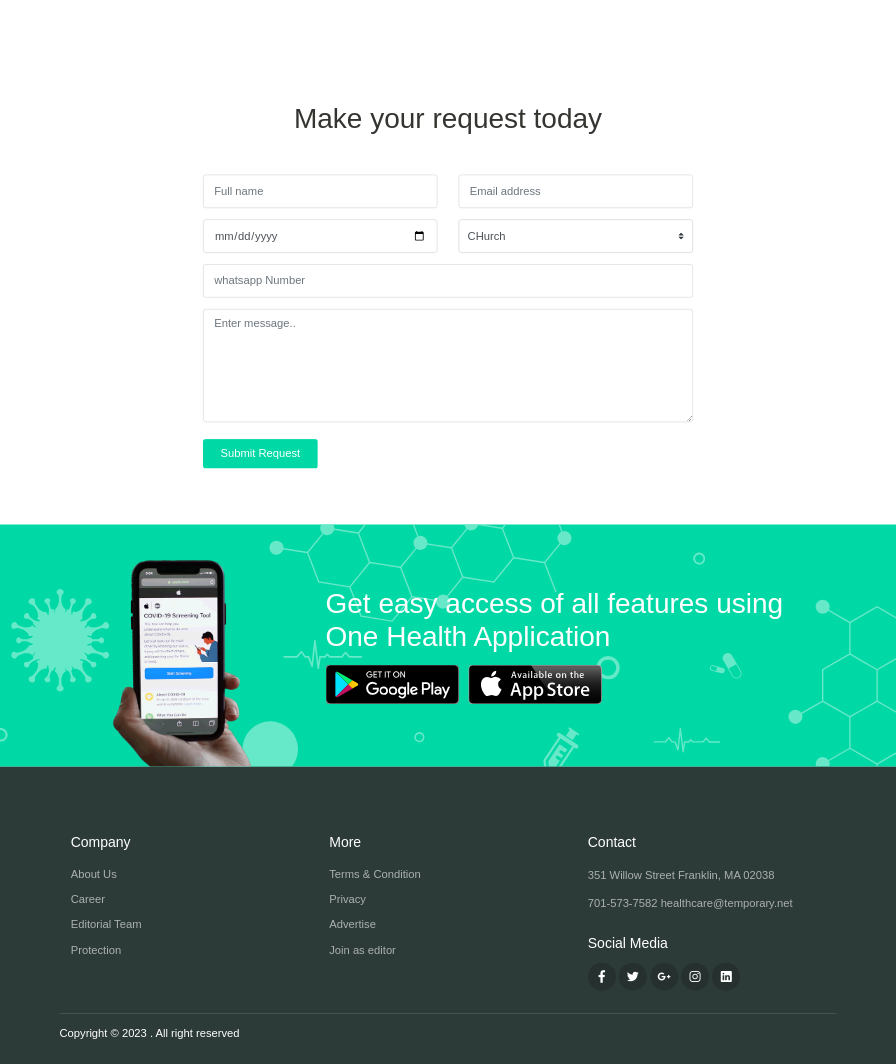
Repository: profbkmurage/myWeb
Page: html/index.html
These files come from the project's save history. The page is drawn as it stood at one moment and after the next save; the edit follows.
The browser window is 1280 px wide. The pictures show the part of the page from y = 2046 to 3966 px (the page is 3566 px tall before and 3966 px after), at 70% of full size.

Above is the page before, as saved 2023-12-11 13:34:35.

### html/index.html
<!DOCTYPE html>
<html lang="en">
<head>
  <meta charset="UTF-8">
  <meta name="viewport" content="width=device-width, initial-scale=1.0">

  <meta http-equiv="X-UA-Compatible" content="ie=edge">

  <title>M&M Website</title>

  <link rel="stylesheet" href="../assets/css/maicons.css">

  <link rel="stylesheet" href="../assets/css/bootstrap.css">

  <link rel="stylesheet" href="../assets/vendor/owl-carousel/css/owl.carousel.css">

  <link rel="stylesheet" href="../assets/vendor/animate/animate.css">

  <link rel="stylesheet" href="../assets/css/theme.css">
</head>
<body>

  <!-- Back to top button -->
  <div class="back-to-top"></div>

  <header>
    <div class="topbar">
      <div class="container">
        <div class="row">
          <div class="col-sm-8 text-sm">
            <div class="site-info">
              <a href="tel:0745755893" ><span class="mai-call text-primary"></span> +254745755893</a>
              <span class="divider">|</span>
              <a href="#"><span class="mai-mail text-primary"></span> pnjoroge@gmail.com</a>
            </div>
          </div>
          <div class="col-sm-4 text-right text-sm">
            <div class="social-mini-button">
              <a href="#"><span class="mai-logo-facebook-f"></span></a>
              <a href="#"><span class="mai-logo-twitter"></span></a>
              <a href="#"><span class="mai-logo-dribbble"></span></a>
              <a href="#"><span class="mai-logo-instagram"></span></a>
            </div>
          </div>
        </div> <!-- .row -->
      </div> <!-- .container -->
    </div> <!-- .topbar -->

    <nav class="navbar navbar-expand-lg navbar-light shadow-sm">
      <div class="container">
        <a class="navbar-brand" href="#"><span class="text-primary">P And</span> Associates Media</a>

        <!-- <form action="#">
          <div class="input-group input-navbar">
            <div class="input-group-prepend">
              <span class="input-group-text" id="icon-addon1"><span class="mai-search"></span></span>
            </div>
            <input type="text" class="form-control" placeholder="Enter keyword.." aria-label="Username" aria-describedby="icon-addon1">
          </div>
        </form> -->

        <button class="navbar-toggler" type="button" data-toggle="collapse" data-target="#navbarSupport" aria-controls="navbarSupport" aria-expanded="false" aria-label="Toggle navigation">
          <span class="navbar-toggler-icon"></span>
        </button>

        <div class="collapse navbar-collapse" id="navbarSupport">
          <ul class="navbar-nav ml-auto">
            <li class="nav-item active">
              <a class="nav-link" href="index.html">Home</a>
            </li>
            <li class="nav-item">
              <a class="nav-link" href="about.html">About Us</a>
            </li>
            <li class="nav-item">
              <a class="nav-link" href="work.html">Our work</a>
            </li>
            <li class="nav-item">
              <a class="nav-link" href="blog.html">News</a>
            </li>
            <li class="nav-item">
              <a class="nav-link" href="contact.html">Contact</a>
            </li>
            <!-- <li class="nav-item">
              <a class="btn btn-primary ml-lg-3" href="#">Login / Register</a>
            </li> -->
          </ul>
        </div> <!-- .navbar-collapse -->
      </div> <!-- .container -->
    </nav>
  </header>

  <div class="page-hero bg-image overlay-dark" style="background-image: url(../assets/img/landing.jpg);">
    <div class="hero-section">
      <div class="container text-center wow zoomIn">
        <span class="subhead">Let's make your life colorful and simpler</span>
        <h1 class="display-4">Get your Design today</h1>
        <a href="./work.html" class="btn btn-primary">See our work</a>
      </div>
    </div>
  </div>


  <div class="bg-light">
    <div class="page-section py-3 mt-md-n5 custom-index">
      <div class="container">
        <div class="row justify-content-center">
          <div class="col-md-4 py-3 py-md-0">
            <div class="card-service wow fadeInUp">
              <div class="circle-shape bg-secondary text-white">
                <span class="mai-chatbubbles-outline"></span>
              </div>
              <p><span>Chat</span> with a designers</p>
            </div>
          </div>
          <div class="col-md-4 py-3 py-md-0">
            <div class="card-service wow fadeInUp">
              <div class="circle-shape bg-primary text-white">
                <span class="mai-shield-checkmark"></span>
              </div>
              <p><span>Make</span>-your orders now</p>
            </div>
          </div>
          <div class="col-md-4 py-3 py-md-0">
            <div class="card-service wow fadeInUp">
              <div class="circle-shape bg-accent text-white">
                <span class="mai-basket"></span>
              </div>
              <p><span>you ask</span>-we deliver</p>
            </div>
          </div>
        </div>
      </div>
    </div> <!-- .page-section -->

    <div class="page-section pb-0">
      <div class="container">
        <div class="row align-items-center">
          <div class="col-lg-6 py-3 wow fadeInUp">
            <h1>Welcome to Your graphics <br> Center</h1>
            <p class="text-grey mb-4">Here we are commited to bridge your graphics deficts for you as an individual, small companies, organizations and even big companies and business groups. you make your order and request we have a competent and great team of engineers to do the heavy lifting for you</p>
            <a href="about.html" class="btn btn-primary">Learn More</a>
          </div>
          <div class="col-lg-6 wow fadeInRight" data-wow-delay="400ms">
            <div class="img-place custom-img-1">
              <img class="h-50 w-100" src="../assets/img/frontend.jpg" alt="">
            </div>
          </div>
        </div>
      </div>
    </div> <!-- .bg-light -->
  </div> <!-- .bg-light -->

  <div class="page-section">
    <div class="container">
      <h1 class="text-center mb-5 wow fadeInUp">Our Designers</h1>

      <div class="owl-carousel wow fadeInUp" id="doctorSlideshow">
        <div class="item">
          <div class="card-doctor">
            <div class="header">
              <img src="../assets/img/Joseph.jpg" alt="">
              <div class="meta">
                <a href="#"><span class="mai-call"></span></a>
                <a href="#"><span class="mai-logo-whatsapp"></span></a>
              </div>
            </div>
            <div class="body">
              <p class="text-xl mb-0">Eng. Joseph Gatimu</p>
              <span class="text-sm text-grey">MATLAB and CSS specialist</span>
            </div>
          </div>
        </div>
        <div class="item">
          <div class="card-doctor">
            <div class="header">
              <img src="../assets/img/peter.jpg" alt="">
              <div class="meta">
                <a href="#"><span class="mai-call"></span></a>
                <a href="#"><span class="mai-logo-whatsapp"></span></a>
              </div>
            </div>
            <div class="body">
              <p class="text-xl mb-0">Peter Njoroge</p>
              <span class="text-sm text-grey">Graphics Designer</span>
            </div>
          </div>
        </div>
        <div class="item">
          <div class="card-doctor">
            <div class="header">
              <img src="../assets/img/IMG-20211219-WA0004.jpg" alt="">
              <div class="meta">
                <a href="#"><span class="mai-call"></span></a>
                <a href="#"><span class="mai-logo-whatsapp"></span></a>
              </div>
            </div>
            <div class="body">
              <p class="text-xl mb-0">Prof BKMurage</p>
              <span class="text-sm text-grey">Web Designer and Developer</span>
            </div>
          </div>
        </div>
        <div class="item">
          <div class="card-doctor">
            <div class="header">
              <img src="../assets/img/doctors/doctor_3.jpg" alt="">
              <div class="meta">
                <a href="#"><span class="mai-call"></span></a>
                <a href="#"><span class="mai-logo-whatsapp"></span></a>
              </div>
            </div>
            <div class="body">
              <p class="text-xl mb-0">Dr. Rebecca Steffany</p>
              <span class="text-sm text-grey">General Health</span>
            </div>
          </div>
        </div>
        <div class="item">
          <div class="card-doctor">
            <div class="header">
              <img src="../assets/img/doctors/doctor_3.jpg" alt="">
              <div class="meta">
                <a href="#"><span class="mai-call"></span></a>
                <a href="#"><span class="mai-logo-whatsapp"></span></a>
              </div>
            </div>
            <div class="body">
              <p class="text-xl mb-0">Dr. Rebecca Steffany</p>
              <span class="text-sm text-grey">General Health</span>
            </div>
          </div>
        </div>
      </div>
    </div>
  </div>

  <!-- <div class="page-section bg-light">
    <div class="container">
      <h1 class="text-center wow fadeInUp">Latest News</h1>
      <div class="row mt-5">
        <div class="col-lg-4 py-2 wow zoomIn">
          <div class="card-blog">
            <div class="header">
              <div class="post-category">
                <a href="#">Covid19</a>
              </div>
              <a href="blog-details.html" class="post-thumb">
                <img src="../assets/img/blog/blog_1.jpg" alt="">
              </a>
            </div>
            <div class="body">
              <h5 class="post-title"><a href="blog-details.html">List of Countries without Coronavirus case</a></h5>
              <div class="site-info">
                <div class="avatar mr-2">
                  <div class="avatar-img">
                    <img src="../assets/img/person/person_1.jpg" alt="">
                  </div>
                  <span>Roger Adams</span>
                </div>
                <span class="mai-time"></span> 1 week ago
              </div>
            </div>
          </div>
        </div>
        <div class="col-lg-4 py-2 wow zoomIn">
          <div class="card-blog">
            <div class="header">
              <div class="post-category">
                <a href="#">Covid19</a>
              </div>
              <a href="blog-details.html" class="post-thumb">
                <img src="../assets/img/blog/blog_2.jpg" alt="">
              </a>
            </div>
            <div class="body">
              <h5 class="post-title"><a href="blog-details.html">Recovery Room: News beyond the pandemic</a></h5>
              <div class="site-info">
                <div class="avatar mr-2">
                  <div class="avatar-img">
                    <img src="../assets/img/person/person_1.jpg" alt="">
                  </div>
                  <span>Roger Adams</span>
                </div>
                <span class="mai-time"></span> 4 weeks ago
              </div>
            </div>
          </div>
        </div>
        <div class="col-lg-4 py-2 wow zoomIn">
          <div class="card-blog">
            <div class="header">
              <div class="post-category">
                <a href="#">Covid19</a>
              </div>
              <a href="blog-details.html" class="post-thumb">
                <img src="../assets/img/blog/blog_3.jpg" alt="">
              </a>
            </div>
            <div class="body">
              <h5 class="post-title"><a href="blog-details.html">What is the impact of eating too much sugar?</a></h5>
              <div class="site-info">
                <div class="avatar mr-2">
                  <div class="avatar-img">
                    <img src="../assets/img/person/person_2.jpg" alt="">
                  </div>
                  <span>Diego Simmons</span>
                </div>
                <span class="mai-time"></span> 2 months ago
              </div>
            </div>
          </div>
        </div>

        <div class="col-12 text-center mt-4 wow zoomIn">
          <a href="blog.html" class="btn btn-primary">Read More</a>
        </div>

      </div>
    </div>
  </div> .page-section -->

  <div class="page-section">
    <div class="container">
      <h1 class="text-center wow fadeInUp">Make your request today</h1>

      <form class="main-form">
        <div class="row mt-5 ">
          <div class="col-12 col-sm-6 py-2 wow fadeInLeft">
            <input type="text" class="form-control" placeholder="Full name">
          </div>
          <div class="col-12 col-sm-6 py-2 wow fadeInRight">
            <input type="text" class="form-control" placeholder="Email address">
          </div>
          <div class="col-12 col-sm-6 py-2 wow fadeInLeft" data-wow-delay="300ms">
            <input type="date" class="form-control">
          </div>
          <div class="col-12 col-sm-6 py-2 wow fadeInRight" data-wow-delay="300ms">
            <select name="departement" id="departement" class="custom-select">
              <option value="general">CHurch</option>
              <option value="cardiology">Small Business</option>
              <option value="dental">Large organization</option>
              <option value="neurology">Video coverage</option>
              <option value="orthopaedics">video editing</option>
            </select>
          </div>
          <div class="col-12 py-2 wow fadeInUp" data-wow-delay="300ms">
            <input type="text" class="form-control" placeholder="whatsapp Number">
          </div>
          <div class="col-12 py-2 wow fadeInUp" data-wow-delay="300ms">
            <textarea name="message" id="message" class="form-control" rows="6" placeholder="Enter message.."></textarea>
          </div>
        </div>

        <button type="submit" class="btn btn-primary mt-3 wow zoomIn">Submit Request</button>
      </form>
    </div>
  </div> <!-- .page-section -->

  <div class="page-section banner-home bg-image" style="background-image: url(../assets/img/banner-pattern.svg);">
    <div class="container py-5 py-lg-0">
      <div class="row align-items-center">
        <div class="col-lg-4 wow zoomIn">
          <div class="img-banner d-none d-lg-block">
            <img src="../assets/img/mobile_app.png" alt="">
          </div>
        </div>
        <div class="col-lg-8 wow fadeInRight">
          <h1 class="font-weight-normal mb-3">Get easy access of all features using One Health Application</h1>
          <a href="#"><img src="../assets/img/google_play.svg" alt=""></a>
          <a href="#" class="ml-2"><img src="../assets/img/app_store.svg" alt=""></a>
        </div>
      </div>
    </div>
  </div> <!-- .banner-home -->

  <footer class="page-footer">
    <div class="container">
      <div class="row px-md-3">
        <div class="col-sm-6 col-lg-4 py-3">
          <h5>Company</h5>
          <ul class="footer-menu">
            <li><a href="#">About Us</a></li>
            <li><a href="#">Career</a></li>
            <li><a href="#">Editorial Team</a></li>
            <li><a href="#">Protection</a></li>
          </ul>
        </div>
        <div class="col-sm-6 col-lg-4 py-3">
          <h5>More</h5>
          <ul class="footer-menu">
            <li><a href="#">Terms & Condition</a></li>
            <li><a href="#">Privacy</a></li>
            <li><a href="#">Advertise</a></li>
            <li><a href="#">Join as editor</a></li>
          </ul>
        </div>
        <!-- <div class="col-sm-6 col-lg-3 py-3">
          <h5>Our partner</h5>
          <ul class="footer-menu">
            <li><a href="#">One-Fitness</a></li>
            <li><a href="#">One-Drugs</a></li>
            <li><a href="#">One-Live</a></li>
          </ul>
        </div> -->
        <div class="col-sm-6 col-lg-4 py-3">
          <h5>Contact</h5>
          <p class="footer-link mt-2">351 Willow Street Franklin, MA 02038</p>
          <a href="#" class="footer-link">701-573-7582</a>
          <a href="#" class="footer-link">healthcare@temporary.net</a>

          <h5 class="mt-3">Social Media</h5>
          <div class="footer-sosmed mt-3">
            <a href="#" target="_blank"><span class="mai-logo-facebook-f"></span></a>
            <a href="#" target="_blank"><span class="mai-logo-twitter"></span></a>
            <a href="#" target="_blank"><span class="mai-logo-google-plus-g"></span></a>
            <a href="#" target="_blank"><span class="mai-logo-instagram"></span></a>
            <a href="#" target="_blank"><span class="mai-logo-linkedin"></span></a>
          </div>
        </div>
      </div>

      <hr>

      <p id="copyright">Copyright &copy; 2023 . All right reserved</p>
    </div>
  </footer>

<script src="../assets/js/jquery-3.5.1.min.js"></script>

<script src="../assets/js/bootstrap.bundle.min.js"></script>

<script src="../assets/vendor/owl-carousel/js/owl.carousel.min.js"></script>

<script src="../assets/vendor/wow/wow.min.js"></script>

<script src="../assets/js/theme.js"></script>

</body>
</html>

Loaded but not shown: assets/css/bootstrap.css (library); assets/vendor/owl-carousel/css/owl.carousel.css (library); assets/vendor/animate/animate.css (library); assets/js/jquery-3.5.1.min.js (library); assets/js/bootstrap.bundle.min.js (library); assets/vendor/owl-carousel/js/owl.carousel.min.js (library); assets/vendor/wow/wow.min.js (library); assets/js/theme.js (65 lines, source omitted); assets/css/maicons.css (2634 lines, source omitted); assets/css/theme.css (1836 lines, source omitted)

After the next save:
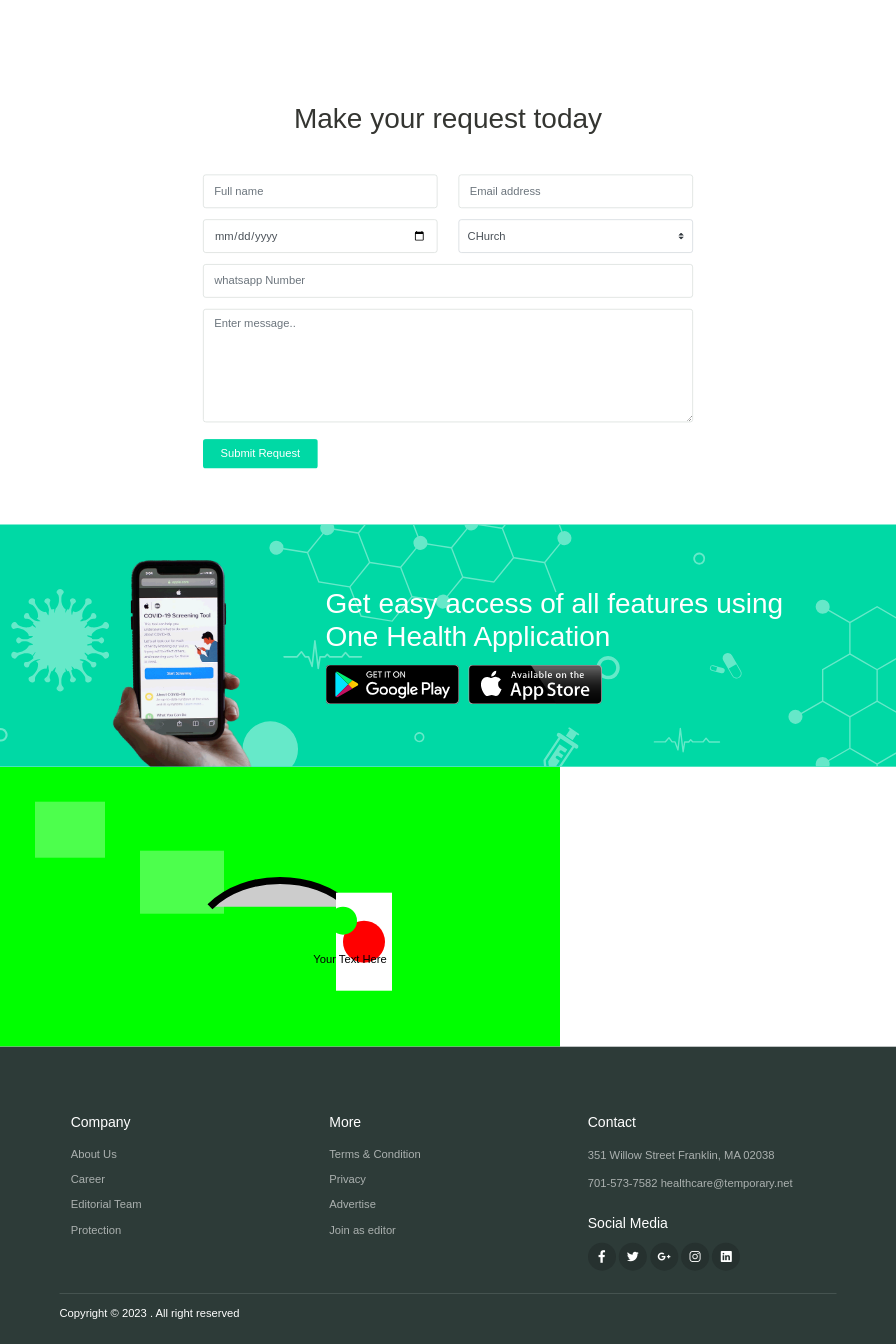
Saved 5 min 47 s later.
--- a/html/index.html
+++ b/html/index.html
@@ -373,6 +373,29 @@
     </div>
   </div> <!-- .banner-home -->
 
+<svg xmlns="http://www.w3.org/2000/svg" viewBox="0 0 800 400" width="800" height="400">
+  <!-- Background -->
+  <rect width="100%" height="100%" fill="#00FF00" />
+
+  <!-- Low opacity computers in the background -->
+  <rect x="50" y="50" width="100" height="80" fill="#FFFFFF" opacity="0.3" />
+  <rect x="200" y="120" width="120" height="90" fill="#FFFFFF" opacity="0.3" />
+  <!-- Add more computer shapes as needed -->
+
+  <!-- Hand holding a phone -->
+  <path d="M300 200 C350 150, 450 150, 500 200" stroke="#000" stroke-width="10" fill="#CCCCCC" />
+  <rect x="480" y="180" width="80" height="140" fill="#FFFFFF" />
+
+  <!-- Graphics on the phone screen -->
+  <circle cx="520" cy="250" r="30" fill="#FF0000" />
+  <circle cx="490" cy="220" r="20" fill="#00FF00" />
+  <!-- Add more graphics as needed -->
+
+  <!-- Text on the phone screen -->
+  <text x="500" y="280" font-family="Arial" font-size="16" fill="#000" text-anchor="middle">Your Text Here</text>
+</svg>
+
+
   <footer class="page-footer">
     <div class="container">
       <div class="row px-md-3">
